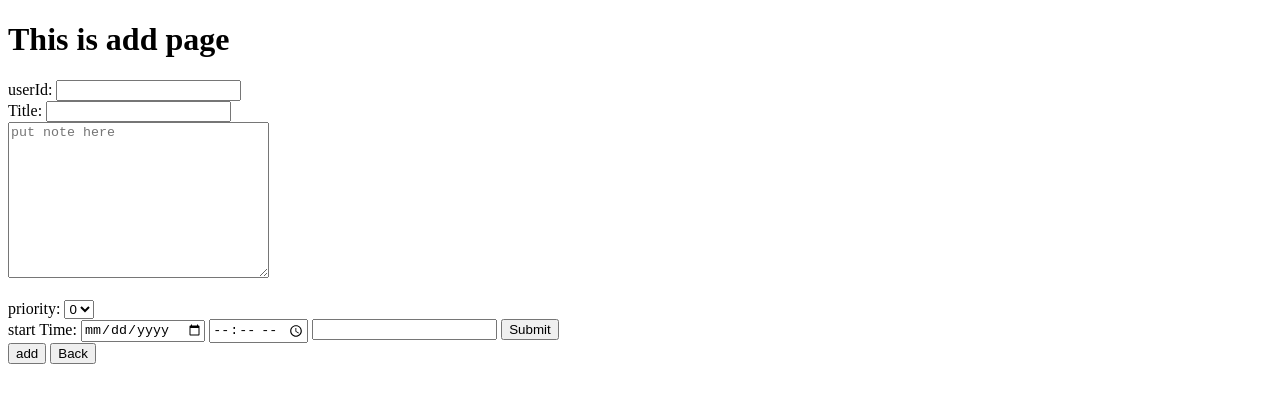
Repository: iamBoWu/CMPT370
Page: http://localhost/addevent
The author's editor kept a copy of each file at every save. The page is drawn from the files as they stood at one save, then again after the next save.
The browser window is 1280 px wide. The pictures show the whole page.
The page is this project's Thymeleaf template; nobody is signed in. The template is opened directly, without the code that normally fills it, so the values that code supplies are empty.

Above is the page before, as saved 2020-03-05 16:52:52.

### 370ProjectBackend/370project/src/main/resources/templates/addevent.html
<!DOCTYPE html>
<html lang="en" xmlns:th="http://www.thymeleaf.org">
<head>
<meta charset="UTF-8">
<title>addevent</title>
    <script type="text/javascript" th:src="@{/js/jquery.min.js}" ></script>

	  <script th:inline="javascript">
	    var eventid = [[${session.EventId}]];

	    function submitAdd(){
	    	var req = {};
	    	req.userId = $('#userId').val().trim();
	    	req.eventTitle = $('#eventTitle').val().trim();
	    	req.note = $('#note').val().trim();
	    	req.priority = $('#priority').val().trim();

	    	$.ajax({
	    		  type: "POST",
	    		  url: "/event/addevent",
	    		  data: JSON.stringify(req),
	    		  success: function(){
	    			  back();
	    		  },
	    		  contentType : "application/json"
	    		});
	    }


	    function back(){
	    	location.href = "/calender/";
	    }

	    </script>

</head>
<body>
				<h1>This is add page</h1>

				<form>
	            	<p1>userId: </p1>
               		<input id="userId" name="userId"  type="text"  th:value="${session.UserId}"  readonly="readonly"><br>
               		<p1 >Title: </p1>
               		<input id="eventTitle"  name="eventTitle"  type="text"  required><br>
					  <textarea id="note" name="note" placeholder="put note here" rows="10" cols="30" required></textarea>
					  <br><br>
               		<p1>priority: </p1>
					  <select id="priority" name="priority">
					    <option value="0">0</option>
					    <option value="1">1</option>
					    <option value="2">2</option>
					    <option value="3">3</option>
					  </select><br>
					<label for="startTime">start Time:</label>
					<input type="date" id="startTime" name="startTime" required>
					<input type="time" id="Time" name="Time" required>
					<input type="dateTime" id="Time" name="Time" required>
					<input type="submit" value="Submit"  onclick="submitAdd()">
				</form>

               <button  onclick="submitAdd()">add</button>

               <button onclick="back()" class="button"> Back</button>

</body>
</html>

Loaded but not shown: 370ProjectBackend/370project/src/main/resources/static/js/jquery.min.js (library)

After the next save:
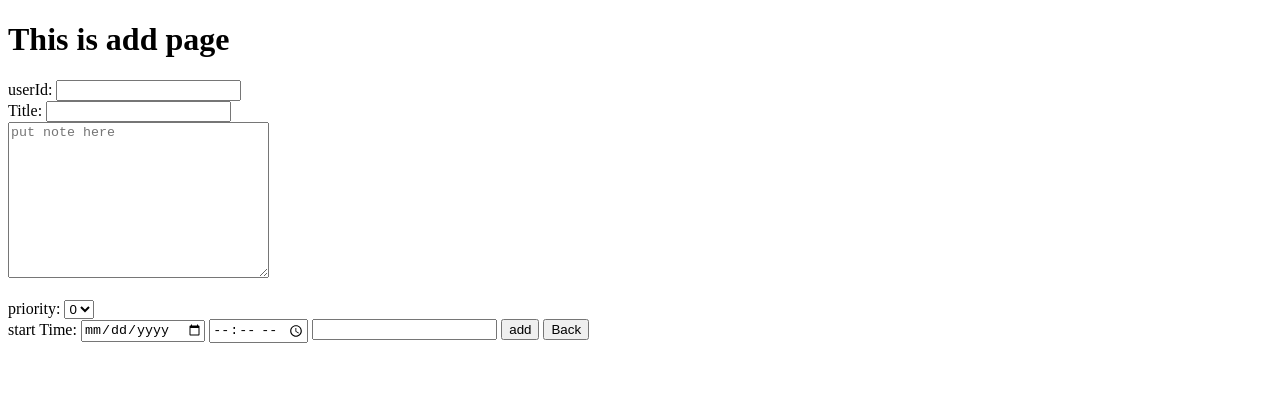
Saved 3 min 20 s later.
--- a/370ProjectBackend/370project/src/main/resources/templates/addevent.html
+++ b/370ProjectBackend/370project/src/main/resources/templates/addevent.html
@@ -37,7 +37,7 @@
 <body>
 				<h1>This is add page</h1>
 
-				<form>
+
 	            	<p1>userId: </p1>
                		<input id="userId" name="userId"  type="text"  th:value="${session.UserId}"  readonly="readonly"><br>
                		<p1 >Title: </p1>
@@ -55,8 +55,6 @@
 					<input type="date" id="startTime" name="startTime" required>
 					<input type="time" id="Time" name="Time" required>
 					<input type="dateTime" id="Time" name="Time" required>
-					<input type="submit" value="Submit"  onclick="submitAdd()">
-				</form>
 
                <button  onclick="submitAdd()">add</button>
 
